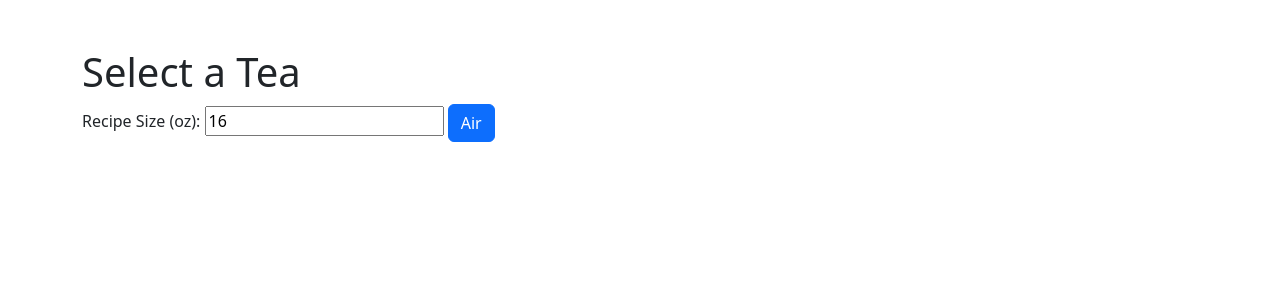
Repository: ChaidGPT/CKBatchHelper
Page: index.html
The author's editor kept a copy of each file at every save. The page is drawn from the files as they stood at one save, then again after the next save.
The browser window is 1280 px wide. The pictures show the whole page.

Above is the page before, as saved 2023-06-27 11:30:46.

### index.html
<!DOCTYPE html>
<html lang="en">

<head>
  <meta charset="UTF-8">
  <meta name="viewport" content="width=device-width, initial-scale=1.0">
  <title>Your One-Page Website</title>
  <!-- Bootstrap CSS -->
  <link href="https://cdn.jsdelivr.net/npm/bootstrap@5.3.0/dist/css/bootstrap.min.css" rel="stylesheet"
    integrity="sha384-9ndCyUaIbzAi2FUVXJi0CjmCapSmO7SnpJef0486qhLnuZ2cdeRhO02iuK6FUUVM" crossorigin="anonymous">
</head>

<body>
  <!-- Main content -->
  <main>
    <section id="section1" class="py-5">
      <div class="container">
        <h1>Select a Tea</h1>
        <label for="recipeSize">Recipe Size (oz):</label>
        <input type="number" id="recipeSize" min="1" value="16" step="1">

        <!-- Tea 1 - Air -->
        <button class="btn btn-primary" type="button" data-bs-toggle="collapse" data-bs-target="#airCollapse"
          aria-expanded="false" aria-controls="airCollapse">
          Air
        </button>
        <div class="collapse mt-3" id="airCollapse">
          <div class="card card-body">
            <table class="table">
              <thead>
                <tr>
                  <th>Ingredient</th>
                  <th>Quantity (oz)</th>
                </tr>
              </thead>
              <tbody>
                <tr>
                  <td>Dandelion Leaf</td>
                  <td class="ingredientQty" data-ingredient="dandelionLeaf" data-base-quantity="4">4</td>
                </tr>
                <tr>
                  <td>Borage</td>
                  <td class="ingredientQty" data-ingredient="borage" data-base-quantity="3">3</td>
                </tr>
                <tr>
                  <td>Peppermint Leaf</td>
                  <td class="ingredientQty" data-ingredient="peppermintLeaf" data-base-quantity="3">3</td>
                </tr>
                <tr>
                  <td>Lavender</td>
                  <td class="ingredientQty" data-ingredient="lavender" data-base-quantity="1">1</td>
                </tr>
                <tr>
                  <td>Lemongrass</td>
                  <td class="ingredientQty" data-ingredient="lemongrass" data-base-quantity="3">3</td>
                </tr>
                <tr>
                  <td>Honeysuckle</td>
                  <td class="ingredientQty" data-ingredient="honeysuckle" data-base-quantity="2">2</td>
                </tr>
              </tbody>
            </table>
          </div>
        </div>
      </div>
    </section>
  </main>

  <!-- Bootstrap JS -->
  <script src="https://cdn.jsdelivr.net/npm/bootstrap@5.3.0/dist/js/bootstrap.bundle.min.js"
    integrity="sha384-geWF76RCwLtnZ8qwWowPQNguL3RmwHVBC9FhGdlKrxdiJJigb/j/68SIy3Te4Bkz" crossorigin="anonymous"></script>

  <script>
    document.addEventListener('DOMContentLoaded', function () {
      const recipeSizeInput = document.getElementById('recipeSize');
      const ingredientQtyElements = document.getElementsByClassName('ingredientQty');

      function updateIngredientQuantities() {
        const size = parseFloat(recipeSizeInput.value);
        if (!isNaN(size) && size > 0) {
          for (const element of ingredientQtyElements) {
            const baseQuantity = parseFloat(element.dataset.baseQuantity);
            if (!isNaN(baseQuantity) && baseQuantity > 0) {
              element.textContent = (baseQuantity * size / 16).toFixed(2);
            }
          }
        }
      }

      recipeSizeInput.addEventListener('input', updateIngredientQuantities);

      // Initial calculation on page load
      updateIngredientQuantities();
    });
  </script>
</body>

</html>

After the next save:
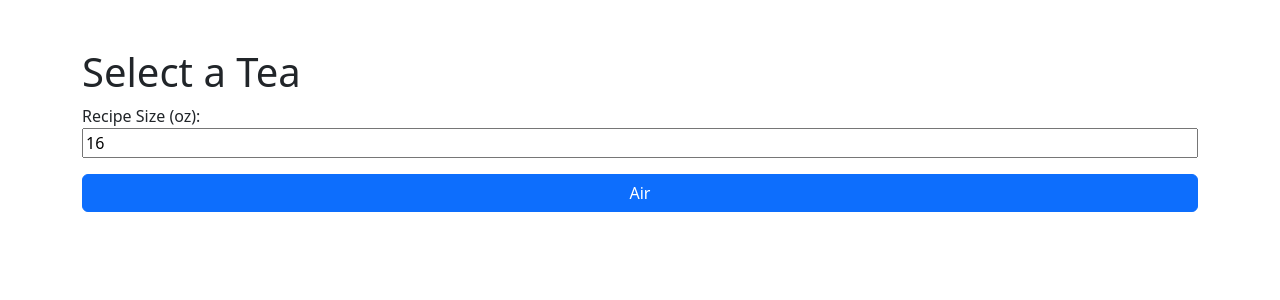
Saved 3 min 3 s later.
--- a/index.html
+++ b/index.html
@@ -16,14 +16,15 @@
     <section id="section1" class="py-5">
       <div class="container">
         <h1>Select a Tea</h1>
-        <label for="recipeSize">Recipe Size (oz):</label>
-        <input type="number" id="recipeSize" min="1" value="16" step="1">
-
-        <!-- Tea 1 - Air -->
-        <button class="btn btn-primary" type="button" data-bs-toggle="collapse" data-bs-target="#airCollapse"
-          aria-expanded="false" aria-controls="airCollapse">
-          Air
-        </button>
+        <div class="d-flex flex-column">
+          <label for="recipeSize">Recipe Size (oz):</label>
+          <input type="number" id="recipeSize" min="1" value="16" step="1">
+          <button class="btn btn-primary mt-3" type="button" data-bs-toggle="collapse" data-bs-target="#airCollapse"
+            aria-expanded="false" aria-controls="airCollapse">
+            Air
+          </button>
+          <!-- Add more buttons here -->
+        </div>
         <div class="collapse mt-3" id="airCollapse">
           <div class="card card-body">
             <table class="table">
